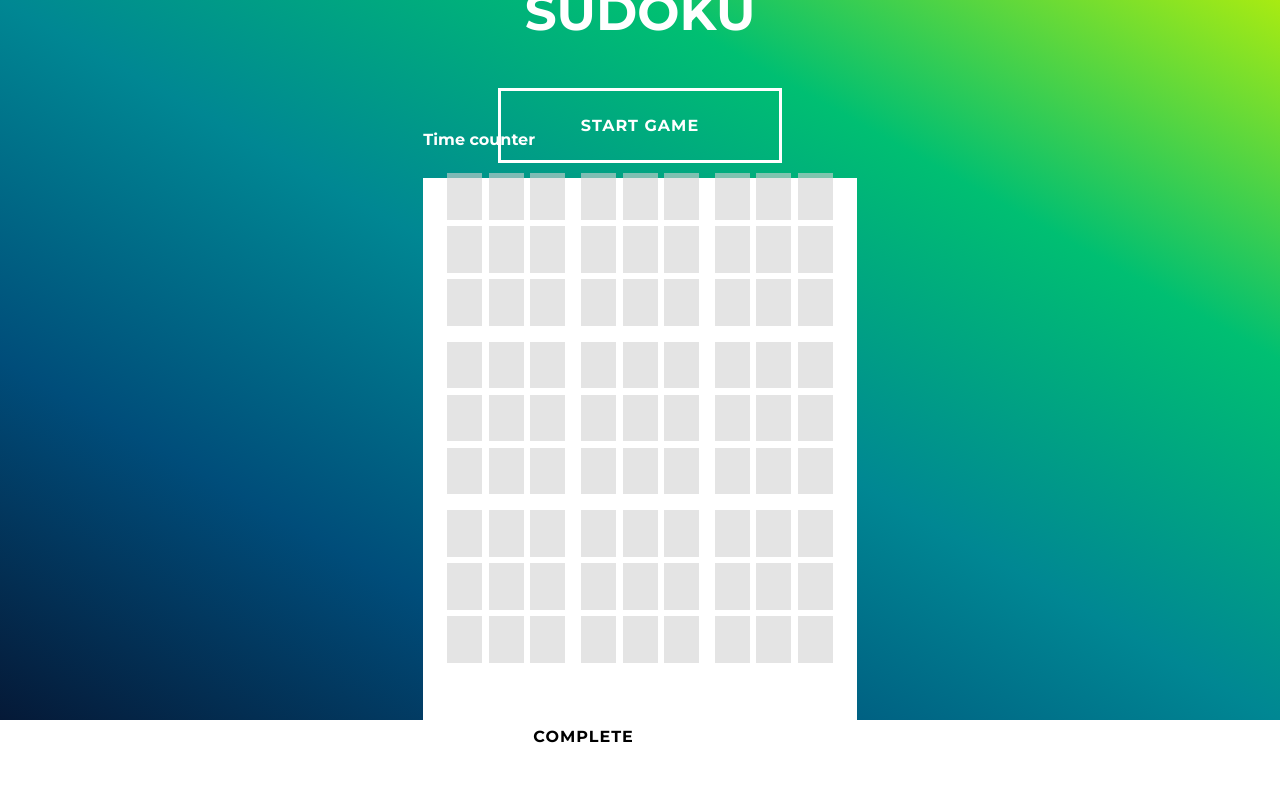
Repository: pattypetrikova/sudoku
Page: index.html
The author's editor kept a copy of each file at every save. The page is drawn from the files as they stood at one save, then again after the next save.
The browser window is 1280 px wide. The pictures show the whole page.
Some web fonts or font styles are not loaded; a fallback is used.

Above is the page before, as saved 2022-12-30 12:13:12.

### index.html
<!DOCTYPE html>
<html lang="en">
<head>
    <meta charset="UTF-8">
    <meta http-equiv="X-UA-Compatible" content="IE=edge">
    <meta name="viewport" content="width=device-width, initial-scale=1.0">
    <link rel="stylesheet" href="./assets/style.css">
    <link rel="preconnect" href="https://fonts.googleapis.com">
    <link rel="preconnect" href="https://fonts.gstatic.com" crossorigin>
    <link href="https://fonts.googleapis.com/css2?family=Erica+One&family=Montserrat:ital,wght@0,700;1,400&display=swap" rel="stylesheet">
    <title>Sudoku</title>
</head>
<body>
    <main class="background">
        <h1 class="title">Sudoku</h1>
        <button class="button button-1 start">Start game</button>
        <div class="game">
            <div class="head">
                <div class="buttons">
                    <div class="time-couner">Time counter</div>
                </div>
            </div>
            <div class="gameboard">
                <form class="board-section" action="">
                    <input class="number" type="text">
                    <input class="number" type="text">
                    <input class="number" type="text">
                    <input class="number" type="text">
                    <input class="number" type="text">
                    <input class="number" type="text">
                    <input class="number" type="text">
                    <input class="number" type="text">
                    <input class="number" type="text">
                </form>
                <form class="board-section" action="">
                    <input class="number" type="text">
                    <input class="number" type="text">
                    <input class="number" type="text">
                    <input class="number" type="text">
                    <input class="number" type="text">
                    <input class="number" type="text">
                    <input class="number" type="text">
                    <input class="number" type="text">
                    <input class="number" type="text">
                </form>
                <form class="board-section" action="">
                    <input class="number" type="text">
                    <input class="number" type="text">
                    <input class="number" type="text">
                    <input class="number" type="text">
                    <input class="number" type="text">
                    <input class="number" type="text">
                    <input class="number" type="text">
                    <input class="number" type="text">
                    <input class="number" type="text">
                </form>
                <form class="board-section" action="">
                    <input class="number" type="text">
                    <input class="number" type="text">
                    <input class="number" type="text">
                    <input class="number" type="text">
                    <input class="number" type="text">
                    <input class="number" type="text">
                    <input class="number" type="text">
                    <input class="number" type="text">
                    <input class="number" type="text">
                </form>
                <form class="board-section" action="">
                    <input class="number" type="text">
                    <input class="number" type="text">
                    <input class="number" type="text">
                    <input class="number" type="text">
                    <input class="number" type="text">
                    <input class="number" type="text">
                    <input class="number" type="text">
                    <input class="number" type="text">
                    <input class="number" type="text">
                </form>
                <form class="board-section" action="">
                    <input class="number" type="text">
                    <input class="number" type="text">
                    <input class="number" type="text">
                    <input class="number" type="text">
                    <input class="number" type="text">
                    <input class="number" type="text">
                    <input class="number" type="text">
                    <input class="number" type="text">
                    <input class="number" type="text">
                </form>
                <form class="board-section" action="">
                    <input class="number" type="text">
                    <input class="number" type="text">
                    <input class="number" type="text">
                    <input class="number" type="text">
                    <input class="number" type="text">
                    <input class="number" type="text">
                    <input class="number" type="text">
                    <input class="number" type="text">
                    <input class="number" type="text">
                </form>
                <form class="board-section" action="">
                    <input class="number" type="text">
                    <input class="number" type="text">
                    <input class="number" type="text">
                    <input class="number" type="text">
                    <input class="number" type="text">
                    <input class="number" type="text">
                    <input class="number" type="text">
                    <input class="number" type="text">
                    <input class="number" type="text">
                </form>
                <form class="board-section" action="">
                    <input class="number" type="text">
                    <input class="number" type="text">
                    <input class="number" type="text">
                    <input class="number" type="text">
                    <input class="number" type="text">
                    <input class="number" type="text">
                    <input class="number" type="text">
                    <input class="number" type="text">
                    <input class="number" type="text">
                </form>
            </div>
            <div class="footer">
                <div class="footer-buttons">
                    <button class="button finish">Complete</button>
                </div>
            </div>
        </div>
    </main>
</body>
</html>

### assets/style.css
/* simple reset */
* {
    margin: 0;
    padding: 0;
    box-sizing: border-box;
}

/* general styles */
.background {
    font-family: 'Montserrat', sans-serif;
    color: white;
}

/* project styles */

.background {
    background-image: linear-gradient(to right top, #051937, #004d7a, #008793, #00bf72, #a8eb12);
    height: 100vh;
    display: flex;
    align-items: center;
    justify-content: center;
    flex-direction: column;
}


.game {
    background-color: white;
    min-height: 35em;
    display: flex;
    justify-content: center;
    flex-direction: column;
}

.title {
    font-size: 50px;
    color: white;
    text-transform: uppercase;
    padding-bottom: 30px;
}

.gameboard {
    display: grid;
    padding: 1.5em;
    grid-template-columns: 1fr 1fr 1fr;
    gap: 1em;
}

.board-section {
    display: inline-grid;
    grid-template-columns: 1fr 1fr 1fr;
    justify-items: center;
    gap: .4em;
    max-width: 120px;
}

.number {
    width: 35px;
    height: 3.5em;
    background-color: lightgray;
    outline: none;
    border: none;
    /* border-radius: 8px; */
    opacity: 0.6;
}

.button {
    border: none;
    font-family: inherit;
    font-size: inherit;
    color: black;
    background: none;
    cursor: pointer;
    padding: 25px 80px;
    display: inline-block;
    margin: 15px 30px;
    text-transform: uppercase;
    letter-spacing: 1px;
    font-weight: 700;
    outline: none;
    position: relative;
    -webkit-transition: all 0.3s;
    -moz-transition: all 0.3s;
    transition: all 0.3s;
  }

  .button:after {
    content: '';
    position: absolute;
    z-index: -1;
    -webkit-transition: all 0.3s;
    -moz-transition: all 0.3s;
    transition: all 0.3s;
  }

  /* Button 1 */
  .button-1 {
    border: 3px solid #fff;
    color: #fff;
  }

  /* Button 1a */
  .button-1:hover,
  .button-1:active {
    color: #0e83cd;
    background: #fff;
  }

After the next save:
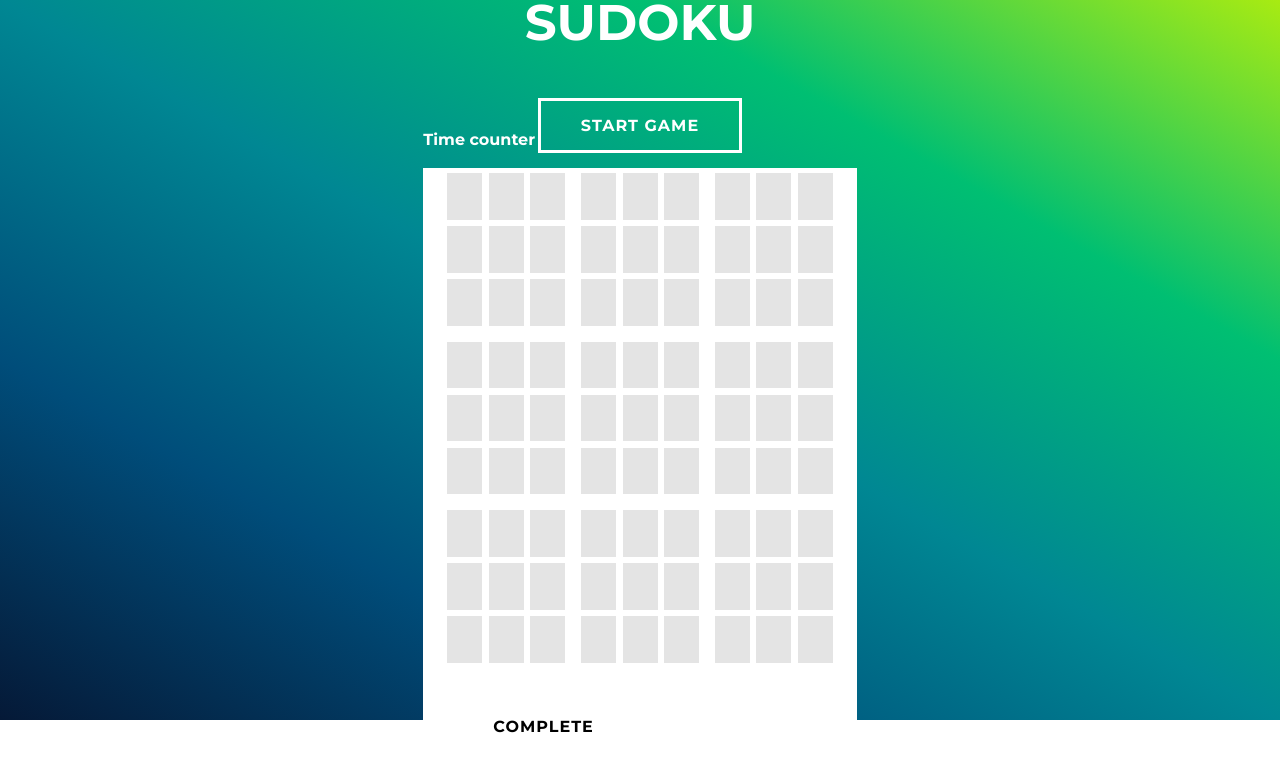
Saved 46 s later.
--- a/assets/style.css
+++ b/assets/style.css
@@ -70,7 +70,7 @@
     color: black;
     background: none;
     cursor: pointer;
-    padding: 25px 80px;
+    padding: 15px 40px;
     display: inline-block;
     margin: 15px 30px;
     text-transform: uppercase;
